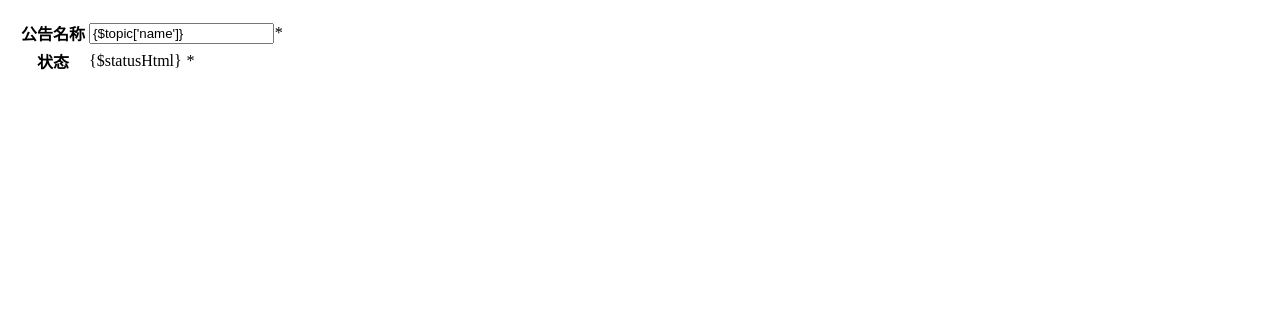
Repository: pridewu/hipi
Page: Education_dev_platform/branches/v1/Application/System/View/v1/Notice/edit.html
The author's editor kept a copy of each file at every save. The page is drawn from the files as they stood at one save, then again after the next save.
The browser window is 1280 px wide. The pictures show the whole page.

Above is the page before, as saved 2014-12-03 10:27:56.

After the next save:
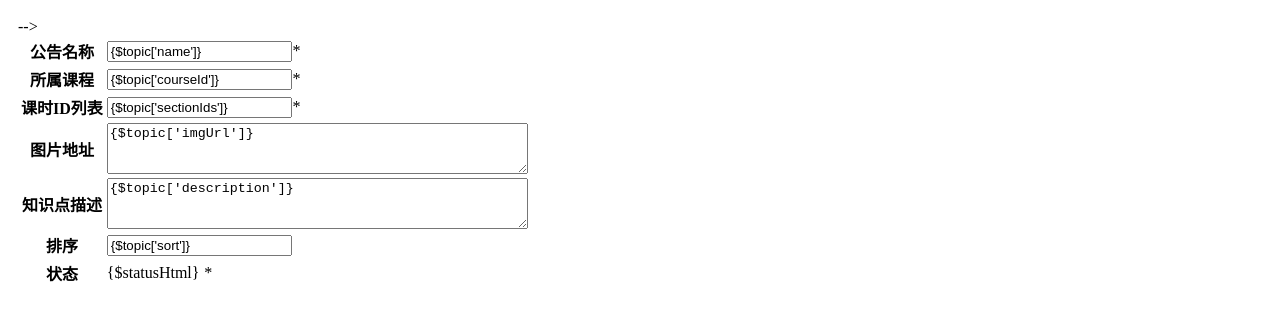
Saved 4 min 51 s later.
--- a/Education_dev_platform/branches/v1/Application/System/View/v1/Notice/edit.html
+++ b/Education_dev_platform/branches/v1/Application/System/View/v1/Notice/edit.html
@@ -7,7 +7,7 @@
 			<input type="text" id="name" name="content" value="{$topic['name']}"/><em>*</em>
 		</td>
 	</tr>
-<!-- 	<tr>
+ 	<tr>
 		<th>所属课程</th>
 		<td>
 			<input type="text" id="courseId" name="courseId" value="{$topic['courseId']}"/><em>*</em>
